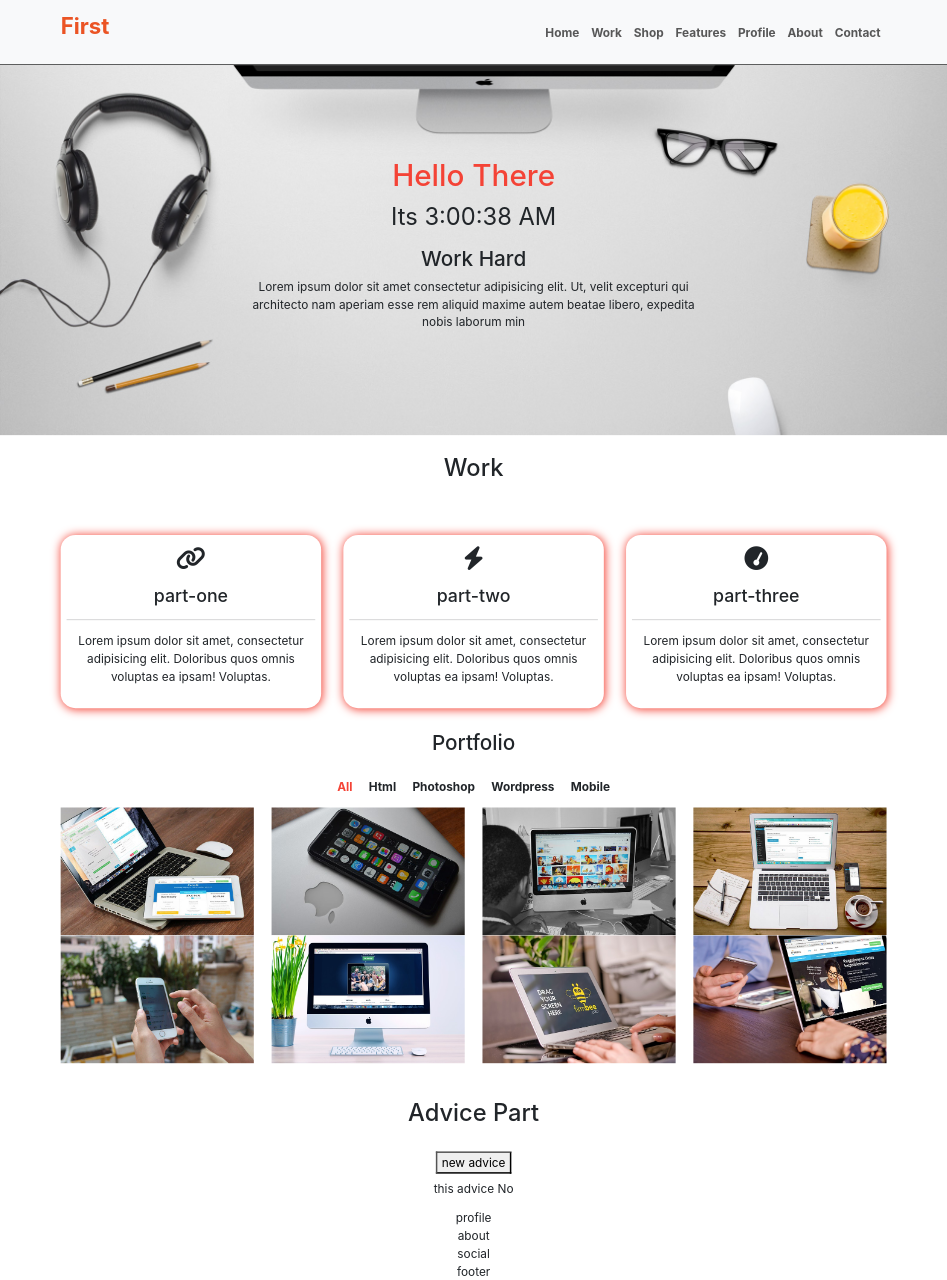
Repository: Hager-h/temple
Page: /
These files come from the project's save history. The page is drawn as it stood at one moment and after the next save; the edit follows.
The browser window is 1280 px wide. The pictures show the whole page, at 74% of full size.
The page's requests for data from a server got no answer. The project was rebuilt for these pictures with package versions that can differ from the ones it lists, and the page was loaded fresh each time. No one was signed in, and anything a server would have sent is missing. Also part of the build but not shown: src/components/contact/index.js, src/components/Shop/shop.css, src/components/Shop/Shop.js, src/components/card/card.css, src/components/card/Card.js.

Above is the page before, as saved 2023-07-17 16:06:25.

### src/index.js
import React from 'react';
import ReactDOM from 'react-dom/client';
import "../node_modules/bootstrap/dist/css/bootstrap.min.css"
import "../node_modules/bootstrap/dist/js/bootstrap.min.js"
import './index.css';

import App from './App';
import reportWebVitals from './reportWebVitals';
import { BrowserRouter } from 'react-router-dom';

const root = ReactDOM.createRoot(document.getElementById('root'));
root.render(
  <React.StrictMode>
  <BrowserRouter>
  <App />
  </BrowserRouter>
  </React.StrictMode>
);

// If you want to start measuring performance in your app, pass a function
// to log results (for example: reportWebVitals(console.log))
// or send to an analytics endpoint. Learn more: https://bit.ly/CRA-vitals
reportWebVitals();

### src/App.js
import './App.css';
import Home from "./components/home/Home"
import Contact from "./components/contact/index"
import Nav from "./components/navbar/Nav"
import {Routes,Route} from "react-router-dom"
import Shop from './components/Shop/Shop';
import Card  from './components/card/Card';
function App() {
  return (
    <div className="App">
    <Nav />
    <Routes>
    <Route path="/" element={<Home />} />
    <Route path="/contact" element={<Contact />} />
    <Route path="/shop" element={<Shop />} />
    <Route path="shop/:cardId" element={<Card />} />

    </Routes>




    </div>
  );
}

export default App;

### src/components/home/Home.js
import React from 'react'
import Work from "./../work/Work"
import Portfolio from "./../portfolio/Portfolio"
import Footer from "./../footer/Footer"
import Social from "./../social/Social"
import About from "./../about/about"
import Profile from "./../Profile/Profile"
import Landing from "./../landing/landing"
import Advice from "./../advice/Advice"
export default function Home() {
  return (
    <div>

<Landing />
    <Work />
    <Portfolio />
<Advice />
    <Profile />
    <About />
    <Social />
    <Footer />



    </div>
    )
}

### src/components/navbar/Nav.js
import React from "react"
import { Link } from 'react-router-dom'

import "./navStyle.css"
export default function Nav() {
  return (



    <nav className="navbar navbar-expand-lg bg-body-tertiary ">
    <div className="container ">
      <p className="navbar-brand logo-text" >First</p>
      <button className="navbar-toggler" type="button" data-bs-toggle="collapse" data-bs-target="#navbarNavAltMarkup" aria-controls="navbarNavAltMarkup" aria-expanded="false" aria-label="Toggle navigation">
        <span className="navbar-toggler-icon"></span>
      </button>
      <div className="collapse navbar-collapse  " id="navbarNavAltMarkup">
        <div className="navbar-nav ms-auto">
          <Link className="nav-link " to="/">Home</Link>
          <Link className="nav-link" to="/work">Work</Link>
          <Link className="nav-link" to="/shop">Shop</Link>
          <Link className="nav-link" to="/feat">Features</Link>
          <Link className="nav-link" to="/profile">Profile</Link>
          <Link className="nav-link" to="/about">About</Link>
          <Link className="nav-link" to="/contact">Contact</Link>
        </div>

      </div>
    </div>
  </nav>

















  )
}

### src/components/work/Work.js
import "./work.css"
import {Usehook} from "../hook/Hook"
export default function Work() {
  const[data,loading,err]=Usehook('js/data.json')



const dataList=data.map(item=>{
  return (
    <div key={item.id}className="part first">
    <i className={item.icon_name}></i>
<h4 className="part-title">{item.title}</h4>
<hr className="line"/>
<p className="part-desc">
{item.body}
</p>
</div>
  )
})
  return (
    <div className="work">
    <div className="container">

        <h2 className="work-title"><span>My</span> Work</h2>
        <div className="all-work">

        {loading&&<p className="spinner"></p>}
          {dataList}
          {err&&<p className="Err">{err}</p>}
            </div>
    </div>
</div>
  )
}

### src/components/portfolio/Portfolio.js
import React,{useEffect,useState} from 'react'

import "./port.css"
import {Usehook} from "../hook2/Hook2.js"

export default function Portfolio() {


    const[data,loading,err]=Usehook('js/data.json')

    const images=data.map((item)=>{
      console.log(item)
      return(

<div key={item.id} className=" col-md-3 box">
<div className="overlay"></div>
<span>Show Image</span>
<div className="show ">

<img className="port-image  " src={item.image} alt="image" />

          </div>







      </div>


    )
  })






  return (
    <div className="port">
<h3> <span> My</span> Portfolio</h3>

<div className="catgeory">
<p className="orange">All</p>
<p>Html</p>
<p>Photoshop</p>
<p>Wordpress</p>
<p> Mobile</p>
</div>
<div className="container">
        <div className="row ">






{images}

        </div>
        </div>






</div>











  )
}

### src/components/social/Social.js
import React from 'react'

export default function Social() {
  return (
    <div>
      social
    </div>
  )
}

### src/components/landing/landing.js
import React,{Fragment, useState,useEffect} from 'react'
import "./landing.css"
export default function Landing() {
  const [time, settime] = useState(new Date().toLocaleTimeString())
  useEffect(() => {
    setInterval(() => {
      settime(new Date().toLocaleTimeString())
    },1000)
  },[])
  return (
    <>
    <div className='landing'>
    <div className='containerr'>
    <div className='text-landing'>

    <h1>hello there
    </h1>
              <p className="text-dark fs-2"> Its {time}</p>
<h3>work hard </h3>
<p>Lorem ipsum dolor sit amet consectetur adipisicing elit. Ut, velit excepturi qui architecto nam aperiam esse rem aliquid maxime autem beatae libero, expedita nobis laborum min</p>

</div>
      </div>
    </div>
    </>
  )
}

### src/components/advice/Advice.js
import React from 'react'
import "./advics.css"
import {useState,useEffect}from "react"
import axios from "axios"
export default function Advice() {
  const [advice, setadvice] = useState("")
  const [count, setcount] = useState()

  const getAdvice = () => {
    axios.get(`https://api.adviceslip.com/advice`)
      .then((res) => setadvice(res.data.slip.advice)
      )
  }

  useEffect(() => {
    getAdvice()
  },[])
  return (
    <div className="advice mt-5">
      <h2 className="mt-4 mb-4">Advice Part</h2>
      <p className="ad-col fs-5 ">{advice}</p>
      <button className="mt-2 mb-2" onClick={ getAdvice }>new advice</button>
      <p>this advice No { count}</p>

    </div>
  )
}

### src/components/navbar/navStyle.css
.navbar {
  background: #fff;
  border-bottom: 1px solid #000;


}




 .logo-text {
  font-size: 30px;
  font-weight: bold;
  color:#eb5424
};
.nav-link{
  font-weight: bolder;}
.nav-link:focus, .nav-link:hover {
  color: #F44336;
}.nav-link:focus, .nav-link:hover {
  color: #F44336;

}
.navbar-nav{
  font-weight: bolder;

}
.navbar-toggler:focus{
  border:2px solid #F44336;
  box-shadow: 0 0 0 #F44336;
}
@media(max-width:570px){
  .text-landing{
    width:100%;
  }
}

### src/components/work/work.css



.all-work{display: flex;
    justify-content: center;
    align-items: center;
    margin-top: 72px;}
    .part{
      box-shadow: 1px 1px 13px 1px #f44336;
    border-radius: 20px;
    padding: 15px 8px;

    }
    .part-title{
      margin-top:20px;
    }
    .part:not(:last-child){
      margin-right:30px
    }
    .work-title span{
      color:#f44336
    }
    .work-title{
      margin-top:25px
    }
.loading{

}
.Err{
  font-weight:bolder;
  text-transform: capitalize;
      color:#f44336;
font-size :22px;
margin-bottom: 30px;
text-align: center;
}

.spinner {
  border: 3px solid #f3f3f3;
  border-top: 3px solid #f44336;
  border-radius: 50%;
  width: 20px;
  height: 40px;
  animation: spin 1s linear infinite;
  position: absolute  ;
  top:50%;
  left:50%;
  transform:translate(-50%,-50%)
   ;
  -webkit-transform:translate(-50%,-50%)  ;
  -moz-transform:translate(-50%,-50%)  ;
  -ms-transform:translate(-50%,-50%)  ;
  -o-transform:translate(-50%,-50%)  ;
}

@keyframes spin {
  0% { transform: rotate(0deg); }
  100% { transform: rotate(360deg); }
}


    @media(max-width:570px){
      .all-work{
      flex-wrap:wrap;
      }
.part:not(:last-child){
  margin-right: 0;
}
.part{
  margin-bottom: 22px;
}

    }

### src/components/hook/Hook.js
import {useEffect,useState}from 'react'
import axios from 'axios'
export  function Usehook(url) {
  const [data,setdata]=useState([])
  const [err,seterr]=useState(null)
  const [loading,setloading]=useState(null)

  useEffect(()=>{
    setloading(true)
    axios.get(url).then(res=>
      {
      setloading(false)
    setdata(res.data.works)
    console.log(res.data)
    seterr(false)
    }
    ).catch(err=>{
      setloading(false)
      seterr("something went wrong")
    })

  },[])
return[data,loading,err]
}

### src/components/portfolio/port.css
.port{
  margin-top:30px;
}
.box{position:relative;
  overflow: hidden;


}
 .catgeory{
  display :flex;
  justify-content: center;
  align-items: center;
  margin-top: 30px;

 }
 .catgeory p:not(:last-child){
  margin-right: 22px;
 }
.catgeory p{
  cursor:pointer;
  font-weight: bold;

}
.catgeory p:hover,.orange{
  color: #F44336;
}


  .port-image{
    max-width:100%;

 }
 span{
  border:1px solid #F44336;
  position: absolute;
  top:50%;
  left:50%;
  transform: translate(-50%,-50%);
  -webkit-transform: translate(-50%,-50%);
  -moz-transform: translate(-50%,-50%);
  -ms-transform: translate(-50%,-50%);
  -o-transform: translate(-50%,-50%);
  background-color: aliceblue;
  padding: 8px 8px;
  border-radius: 14px;
  -webkit-border-radius: 14px;
  -moz-border-radius: 14px;
  -ms-border-radius: 14px;
  -o-border-radius: 14px;
  cursor:pointer;
  font-weight:bolder;
  opacity:0;

}
.overlay{
  position: absolute;
  top: 0;
  left: 0;
  bottom: 0;
  right: 0;
  background: rgba(224, 158, 138, 0.5);
  font-size: 15px;
  opacity: 0;
  max-width:100% ;
}
.box:hover .overlay,
.box:hover span{
  opacity: 1;
}

### src/components/hook2/Hook2.js
import React ,{useEffect,useState}from 'react'
import axios from 'axios'
export  function Usehook(url) {
  const [data,setdata]=useState([])
  const [err,seterr]=useState(null)
  const [loading,setloading]=useState(null)

  useEffect(()=>{
    setloading(true)
    axios.get(url).then(res=>
      {
      setloading(false)
    setdata(res.data.portfolio)
    console.log(res.data.portfolio)
    seterr(false)
    }
    ).catch(_err=>{
      setloading(false)
      seterr("something went wrong")
    })

  },[url])
return[data,loading,err]
}

### src/components/landing/landing.css
.landing{
  height: 500px;
   background:url("../../../public/images/Home/home-bg.jpg");
  background-position: center;
  background-size: cover;
position: relative;
text-align: center;
}
.containerr{
  width:85%;
  margin:auto;
}
.text-landing{
  position:absolute;
  top:50%;
  left:50%;
  transform: translate(-50%,-50%);
  -webkit-transform: translate(-50%,-50%);
  -moz-transform: translate(-50%,-50%);
  -ms-transform: translate(-50%,-50%);
  -o-transform: translate(-50%,-50%);
}
h1{
  color:#F44336;
  text-transform: capitalize;

}
h3{
  text-transform: capitalize;

}

### src/components/advice/advics.css
.ad-col{
  color:#f44336;
  font-weight:bolder;
}

### public/js/data.json
{
  "works" : [
      {
          "id" : 1,
          "icon_name": "icon fa fa-chain fa-2x",
          "title": "part-one",
          "body": "Lorem ipsum dolor sit amet, consectetur adipisicing elit. Doloribus quos omnis voluptas ea ipsam! Voluptas."
      },
      {
          "id" : 2,
          "icon_name": "icon fa fa-bolt fa-2x",
          "title": "part-two",
          "body": "Lorem ipsum dolor sit amet, consectetur adipisicing elit. Doloribus quos omnis voluptas ea ipsam! Voluptas."
      },
      {
          "id" : 3,
          "icon_name": "icon fa fa-tachometer fa-2x",
          "title": "part-three",
          "body": "Lorem ipsum dolor sit amet, consectetur adipisicing elit. Doloribus quos omnis voluptas ea ipsam! Voluptas."
      }
  ],

  "portfolio" : [
      {
          "id":1,
          "image": "/images/Portfolio/portfolio-img1.jpg"

      },
      {
          "id":2,
          "image": "/images/Portfolio/portfolio-img2.jpg"
        },
      {
          "id":3,
          "image": "/images/Portfolio/portfolio-img3.jpg"
        },
      {
          "id":4,
          "image": "/images/Portfolio/portfolio-img4.jpg"
        },
      {
          "id":5,
          "image": "/images/Portfolio/portfolio-img5.jpg"
        },
      {
          "id":6,
          "image": "/images/Portfolio/portfolio-img6.jpg"
      },
      {
          "id":7,
          "image": "/images/Portfolio/portfolio-img7.jpg"
      },
      {
          "id":8,
          "image": "/images/Portfolio/portfolio-img8.jpg"
      }
  ] ,
  "social" : [
      {
          "id": 1,
          "icon" : "icon fa fa-facebook fa-lg",
          "title" : "Follow Me on",
          "body" : "Social Facebook"
      },
      {
          "id": 2,
          "icon" : "icon fa fa-twitter fa-lg",
          "title" : "Tweet Me on",
          "body" : "Social twitter"
      },
      {
          "id": 3,
          "icon" : "icon fa fa-pinterest fa-lg",
          "title" : "Pin Me on",
          "body" : "Social Pinterest"
      }
  ]
}

Loaded but not shown: public/index.html (common file); src/index.css (common file); src/reportWebVitals.js (common file); src/App.css (common file); src/components/footer/Footer.js (common file); src/components/about/About.js (common file); src/components/Profile/Profile.js (common file)

After the next save:
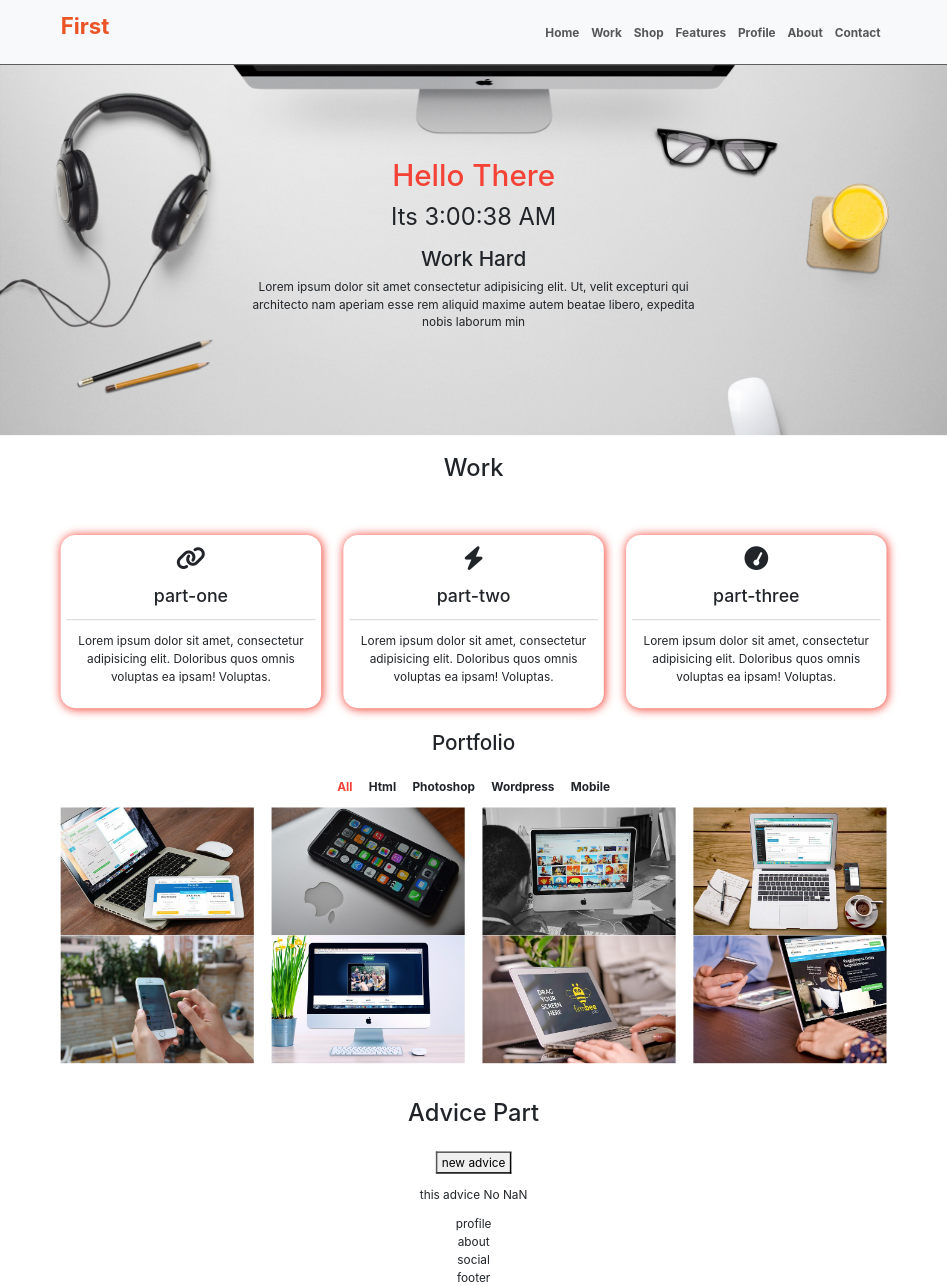
Saved 41 s later.
--- a/src/components/advice/Advice.js
+++ b/src/components/advice/Advice.js
@@ -10,6 +10,7 @@ export default function Advice() {
     axios.get(`https://api.adviceslip.com/advice`)
       .then((res) => setadvice(res.data.slip.advice)
       )
+      setcount(prev=>prev+1)
   }
 
   useEffect(() => {
@@ -19,7 +20,7 @@ export default function Advice() {
     <div className="advice mt-5">
       <h2 className="mt-4 mb-4">Advice Part</h2>
       <p className="ad-col fs-5 ">{advice}</p>
-      <button className="mt-2 mb-2" onClick={ getAdvice }>new advice</button>
+      <button className="mt-2 mb-3" onClick={ getAdvice }>new advice</button>
       <p>this advice No { count}</p>
 
     </div>
